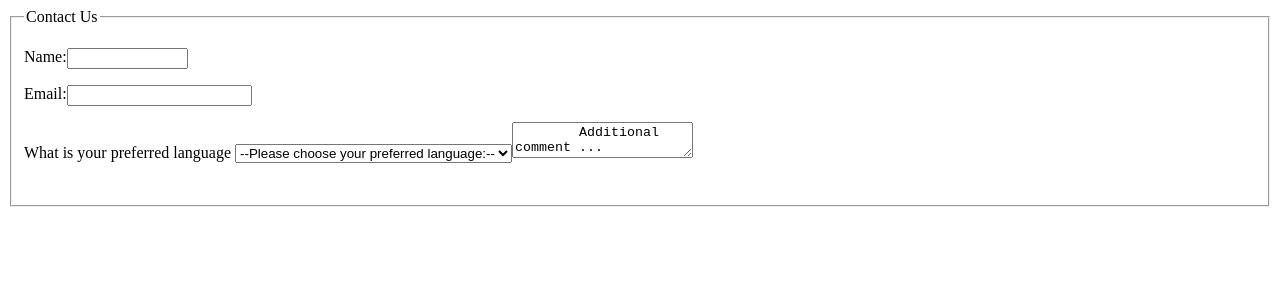
Repository: samuraijane/dc-builders
Page: week6/1-tuesday/homework/exercise2/index.html
The author's editor kept a copy of each file at every save. The page is drawn from the files as they stood at one save, then again after a run of saves.
The browser window is 1280 px wide. The pictures show the whole page.

Above is the page before, as saved 2020-08-13 18:50:21.

### week6/1-tuesday/homework/exercise2/index.html
<!doctype html>

<html lang="en">
  <head>
    <meta charset="utf-8">
    <title>Week6 – Tuesday Homework Exercise 2</title>
    <meta name="description" content="Week6 – Tuesday Homework Exercise 2">
    <meta name="author" content="<yourNameGoesHere>">
    <link rel="stylesheet" href="style.css">
  </head>

  <body>
   <form>
    <fieldset>
      <legend>Contact Us</legend>
      <p>
        <label for="name"> Name: </label>
        <input type="text" id="name" name="name" required
                minlength="4" maxlength="10" size="12">
      </p>
      <p>
        <label for="email"> Email: </label>
        <input type="email" id="email" name="email" required>
      </p>
      <label for="language-select"> What is your preferred language </label>
      <select name="language" id="language-select">
        <option value="" disabled selected>--Please choose your preferred language:--</option>
        <option value="action">English</option>
        <option value="adventure">Spanish</option>
        <option value="comedy">French</option>
        <label for="additional-input"> Please provide additional details: </label>
        <p>
          <textarea id="additional-input" name="additional-input">
        Additional comment ...
          </textarea>
        </p>
    </fieldset>
  </form>
    <script src="script.js"></script>
  </body>
</html>

### week6/1-tuesday/homework/exercise2/style.css
p {
    display: flex;
}

Loaded but not shown: week6/1-tuesday/homework/exercise2/script.js (empty)

After the next 2 saves:
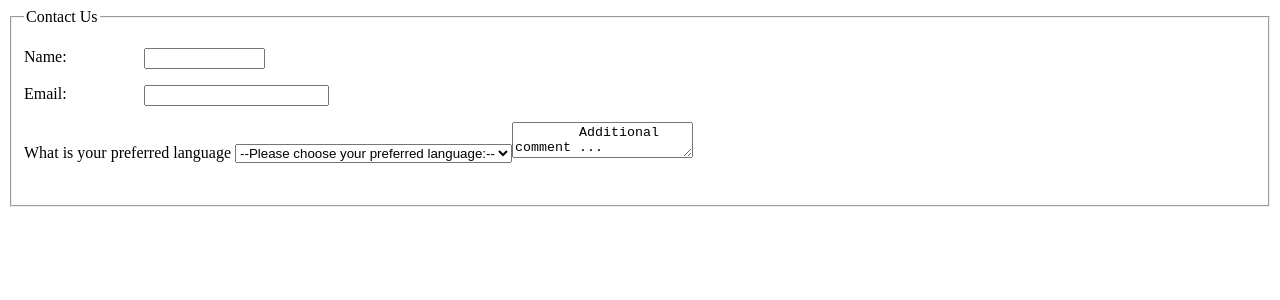
The 2 saves are shown as one change because they came seconds apart.
The last was saved 78 s later.
--- a/week6/1-tuesday/homework/exercise2/style.css
+++ b/week6/1-tuesday/homework/exercise2/style.css
@@ -1,3 +1,7 @@
+label {
+    min-width: 120px;
+}
+
 p {
     display: flex;
 }
